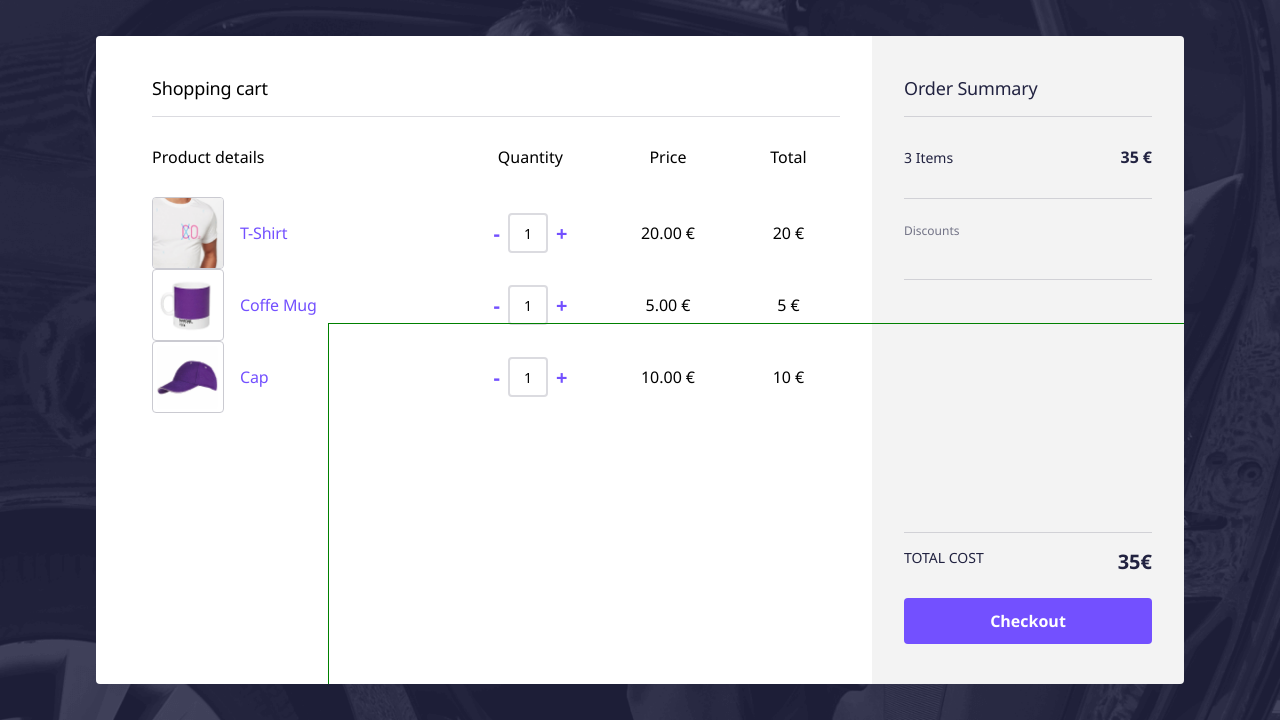
Repository: banchiec/challengecbfy
Page: /
The author's editor kept a copy of each file at every save. The page is drawn from the files as they stood at one save, then again after the next save.
The browser window is 1280 px wide. The pictures show the whole page.
An inner scrolling area shows only its first screen. Some web fonts or font styles are not loaded; a fallback is used. The project was rebuilt for these pictures with package versions that can differ from the ones it lists, and the page was loaded fresh each time. Also part of the build but not shown: craco.config.js.

Above is the page before, as saved 2021-12-10 12:42:42.

After the next save:
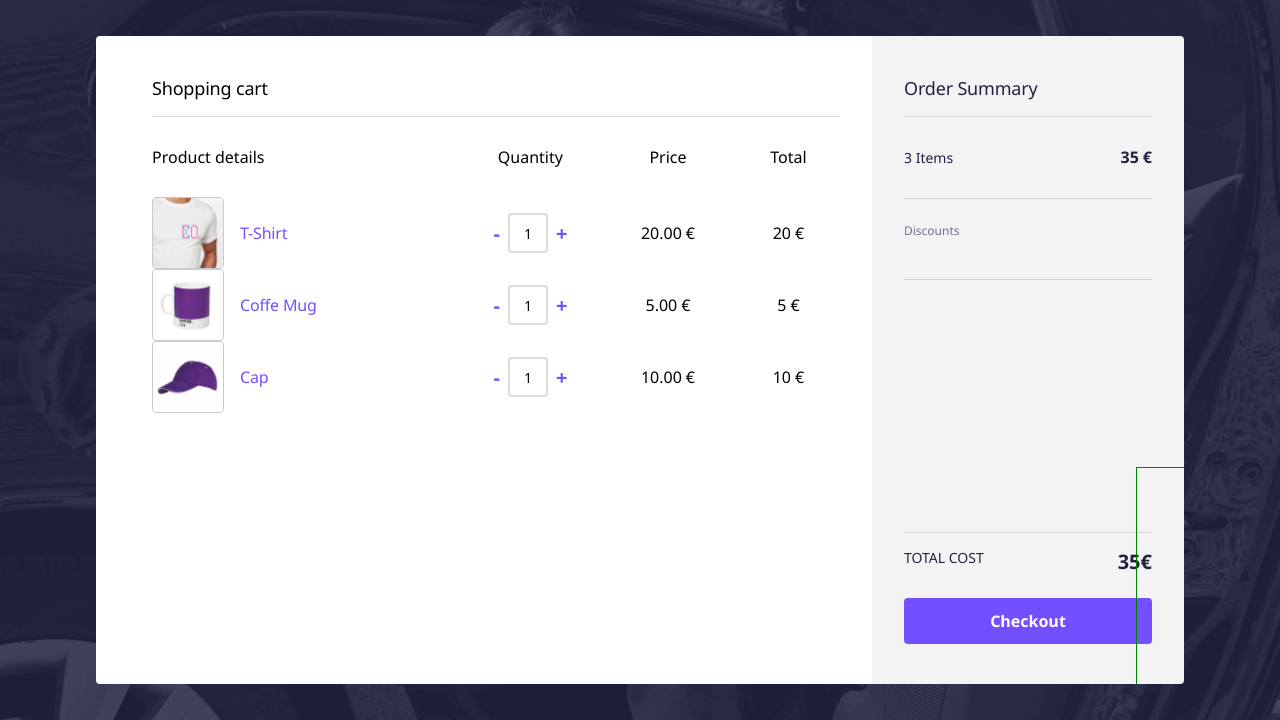
Saved 92 s later.
--- a/src/App.css
+++ b/src/App.css
@@ -497,6 +497,13 @@ input {
   top: 126px;
   border: 1px solid green;
 }
+.content {
+  position: absolute;
+  width: 248px;
+  height: 358px;
+  left: 984px;
+  top: 270px;
+}
 .background {
   position: absolute;
   width: 1440px;

After the save that followed:
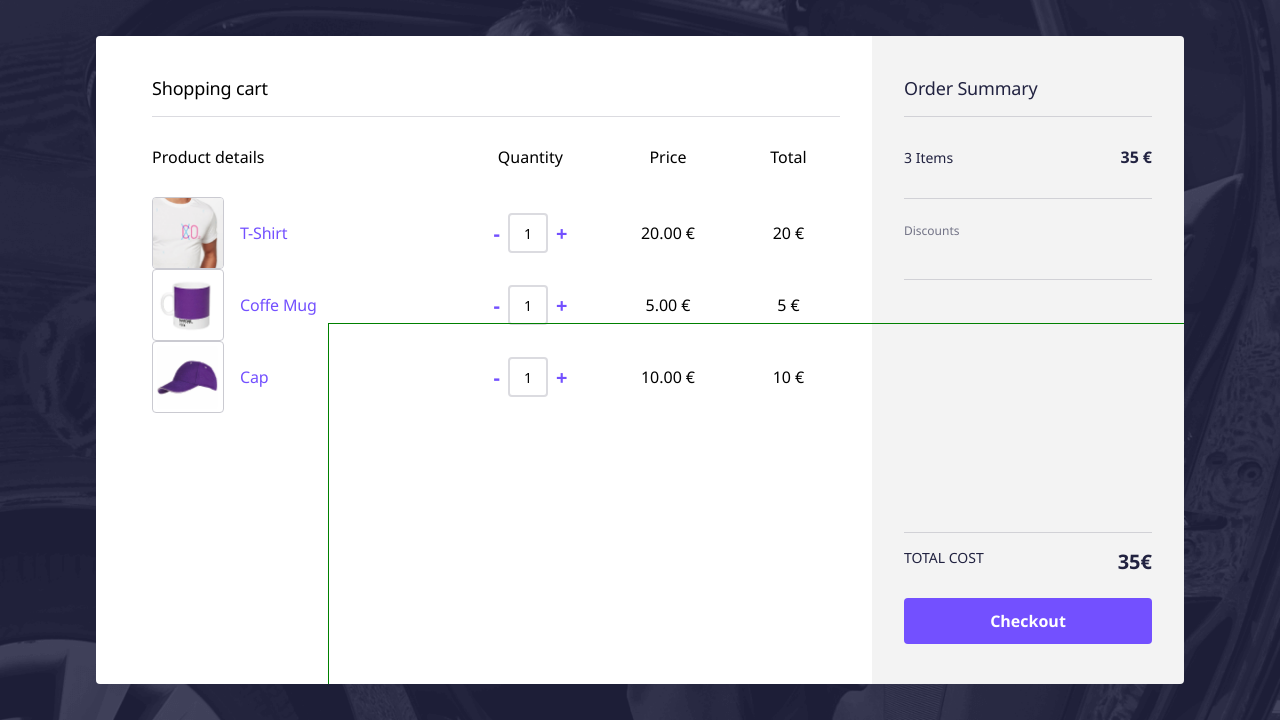
Saved 32 s later.
--- a/src/components/CartString/CartString.js
+++ b/src/components/CartString/CartString.js
@@ -22,7 +22,7 @@ export const CartString = (props) => {
 
     return (
         <>
-            <div className="modal content">
+            <div className="modal">
                 <div className="content"></div>
             </div>
             <li className="product row" onClick={setDetails}>
